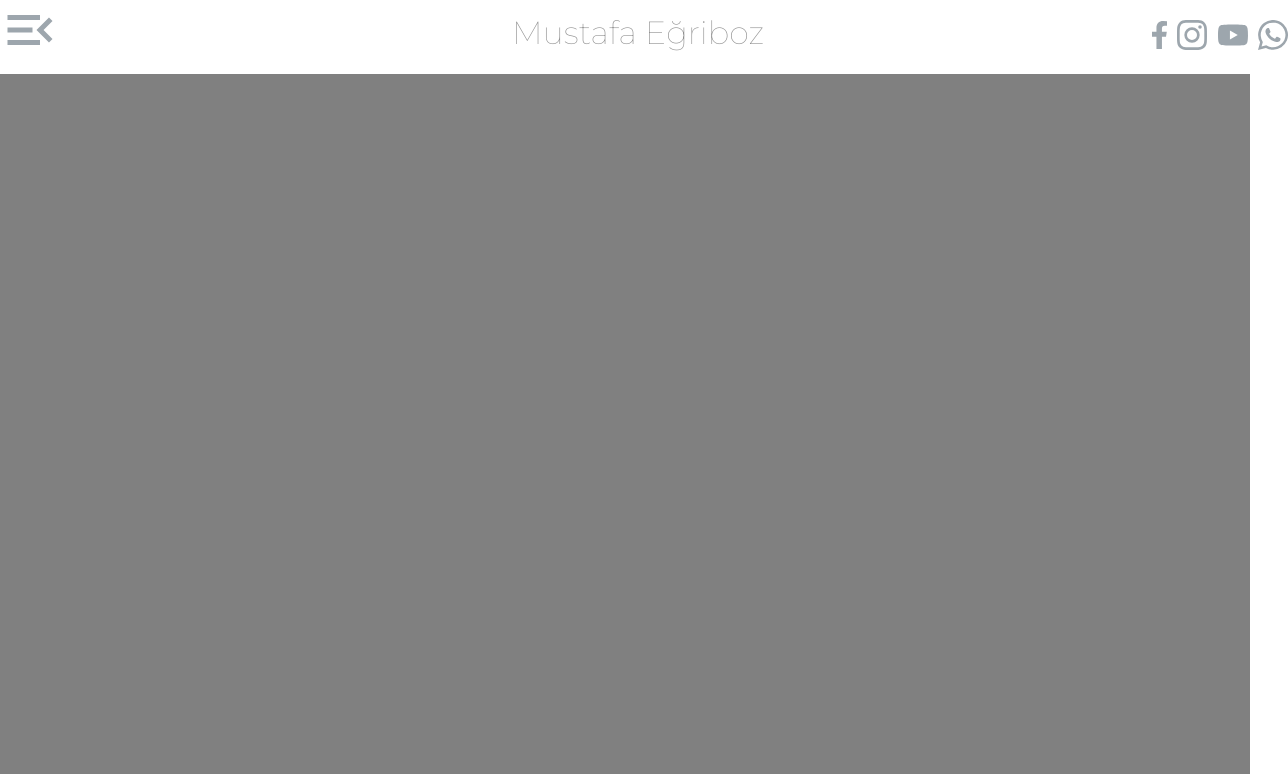
Repository: CengoCengo/m.e-gallery-web-site
Page: index.html
These files come from the project's save history. The page is drawn as it stood at one moment and after the next save; the edit follows.
The browser window is 1280 px wide. The page is 1288 px wide, then 1280 px, so the pictures cover 1288 px, including what lies to the right of the window. The pictures show the whole page.

Above is the page before, as saved 2021-02-06 18:25:16.
Console error: TypeError: Cannot read properties of null (reading 'style')

### index.html
<!DOCTYPE html>
<html lang="en">
  <head>
    <meta charset="UTF-8" />
    <meta name="viewport" content="width=device-width, initial-scale=1.0" />
    <link rel="stylesheet" href="styles/style.css" />
    <link rel="preconnect" href="https://fonts.gstatic.com" />
    <link rel="preconnect" href="https://fonts.gstatic.com">
    <link href="https://fonts.googleapis.com/css2?family=Montserrat:wght@100&display=swap" rel="stylesheet">

    <title>Mustafa Eğriboz</title>
  </head>
  <body>
    <!-- Navigator -->
    <div class="menu-container">
      <img
        id="icon-menu"
        src="images/icon/menu_open-black-18dp.svg"
        alt="icon-menu"

      />
      <h1 class="name">Mustafa Eğriboz</h1>

      <div class="social-media-container icon-social">
        <a class="icon-social" href=""
          ><img alt="Qries" src="images/icon/facebook-f-brands.svg" width=15"
          height="70"></a
        >

        <a class="icon-social" href=""
          ><img alt="Qries" src="images/icon/instagram-brands.svg" width=30"
          height="70"></a
        >

        <a class="icon-social"  href=""
          ><img alt="Qries" src="images/icon/youtube-brands.svg" width=30"
          height="70"></a
        >

        <a class="icon-social" href=""
          ><img alt="Qries" src="images/icon/whatsapp-brands.svg" width=30"
          height="70"></a
        >
      </div>
    </div>

    <!-- Slider -->

    <div class="slider-container">
      <div class="slider"></div>
    </div>

    <script type="text/javascript" src="js/script.js"></script>
  </body>
</html>

### styles/style.css
*{
    margin: 0;
    padding: 0;
    font-family:  'Montserrat', sans-serif;
    font-weight: 900;




}


.menu-container{
    display: inline-block;
    position: relative;
    width: 100%;

}

#icon-menu{
    display: inline-block;
    width: 60px;
    margin-bottom: 10px;



}

h1.name{
    display: inline-block;
    font-weight: 200;
    position: absolute;
    margin-top: 1%;
    left: 40%;
    color:#8e8e8e;


}

.social-media-container{
    display: inline;
    position: relative;
    width: 100%;
    left: 84%;



}

.icon-social{
    margin-left: 0.5%;
}




.slider{
    background-color: grey;
    width: 1250px;
    height: 700px;

}

### js/script.js
var x = document.querySelector("p");
x.style.backgroundColor = "red";

After the next save:
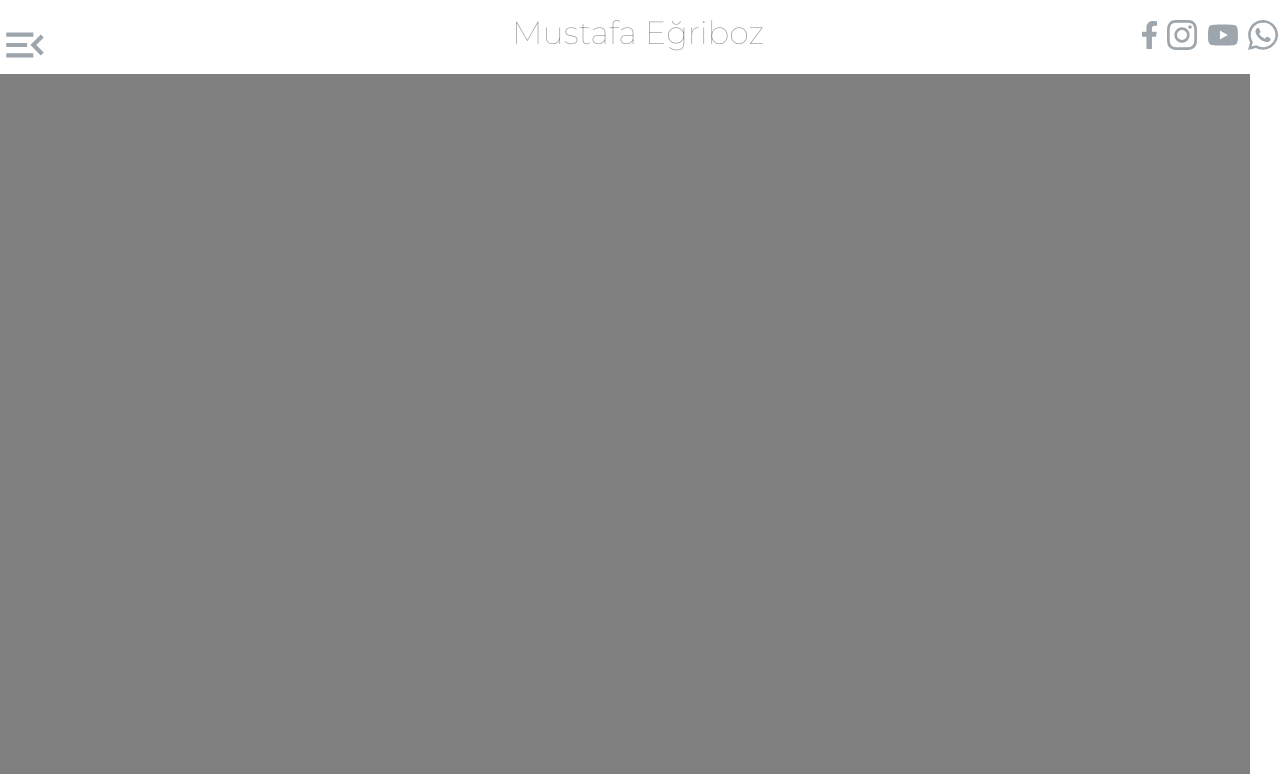
Saved 9 s later.
--- a/styles/style.css
+++ b/styles/style.css
@@ -19,9 +19,7 @@
 
 #icon-menu{
     display: inline-block;
-    width: 60px;
-    margin-bottom: 10px;
-
+    width: 50px;
 
 
 }
